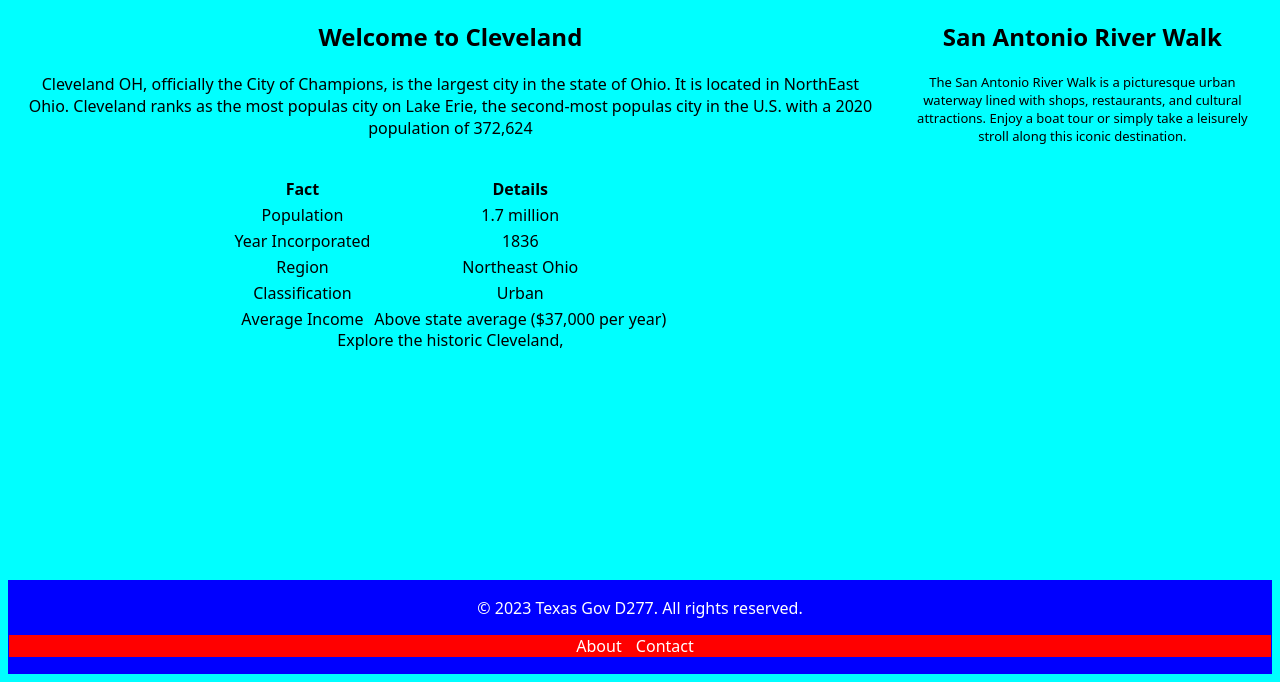
Repository: MikeeBuilds/FEWD-task1
Page: cleveland.html
An editor plug-in stored every save of this project. The page is shown before and after the next save, followed by the edit.
The browser window is 1280 px wide. The pictures show the part of the page from y = 523 to 1205 px (the page is 1205 px tall).
A picture or video elsewhere on the page could not be fetched, so the positions and the page height are approximate.

Above is the page before, as saved 2024-07-02 11:53:49.

After the next save:
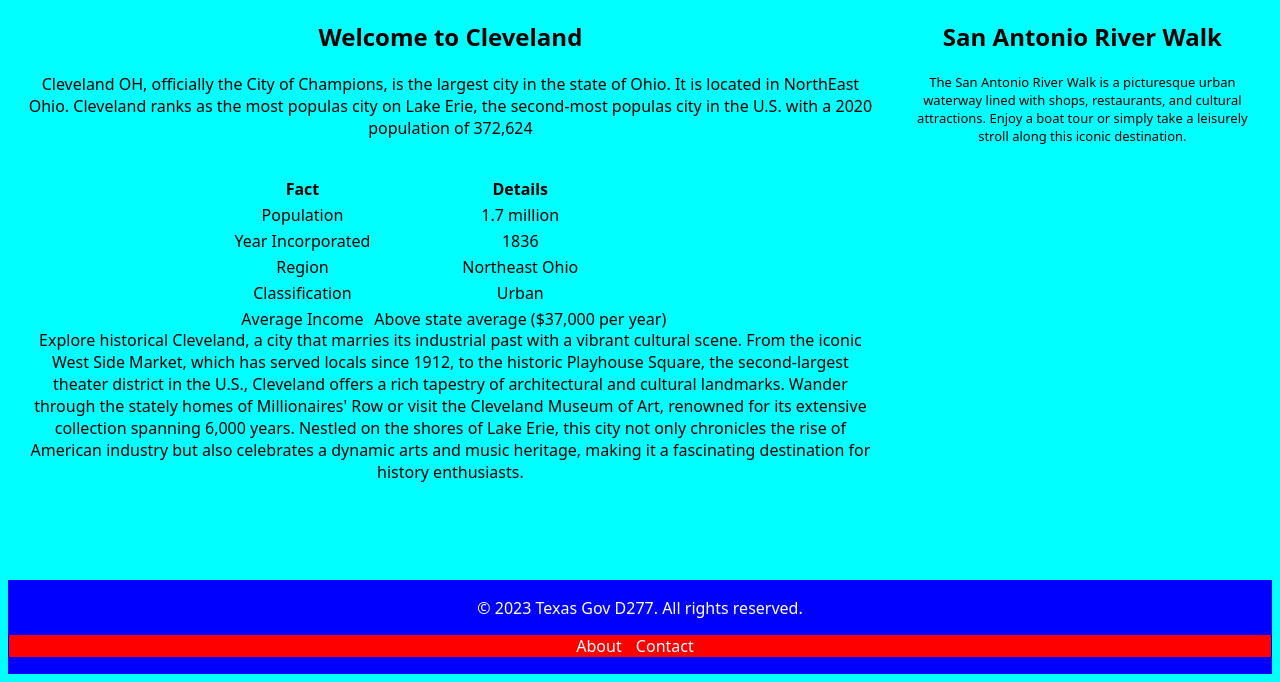
Saved 3 min 11 s later.
--- a/cleveland.html
+++ b/cleveland.html
@@ -56,7 +56,7 @@
         </table>
 
         <p>
-            Explore the historic Cleveland,
+            Explore historical Cleveland, a city that marries its industrial past with a vibrant cultural scene. From the iconic West Side Market, which has served locals since 1912, to the historic Playhouse Square, the second-largest theater district in the U.S., Cleveland offers a rich tapestry of architectural and cultural landmarks. Wander through the stately homes of Millionaires' Row or visit the Cleveland Museum of Art, renowned for its extensive collection spanning 6,000 years. Nestled on the shores of Lake Erie, this city not only chronicles the rise of American industry but also celebrates a dynamic arts and music heritage, making it a fascinating destination for history enthusiasts.
         </p>
     </section>
 
